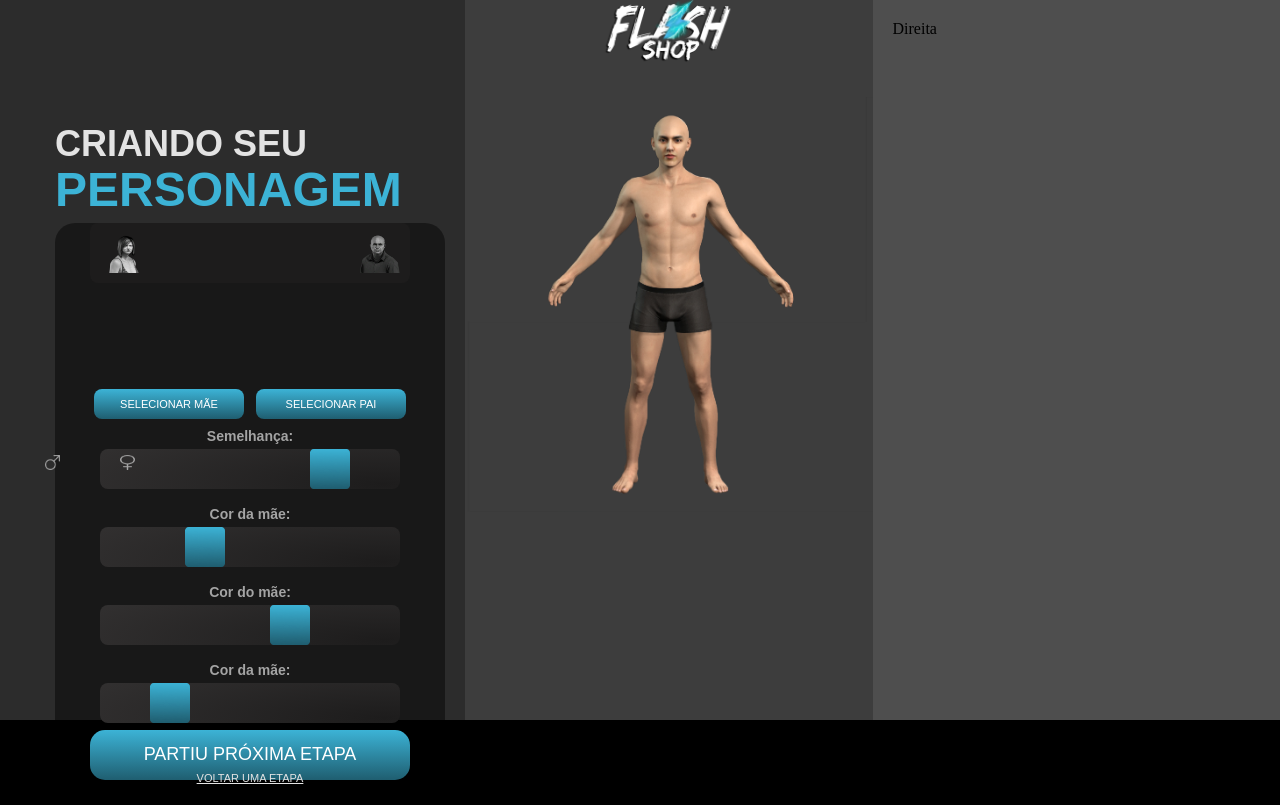
Repository: DuMCorrea/CriandoPerso
Page: index.html
These files come from the project's save history. The page is drawn as it stood at one moment and after the next save; the edit follows.
The browser window is 1280 px wide. The pictures show the whole page.

Above is the page before, as saved 2024-08-29 13:50:16.

### index.html
<!DOCTYPE html>
<html lang="en">
<head>
    <meta charset="UTF-8">
    <meta name="viewport" content="width=device-width, initial-scale=1.0">
    <title>Dividindo a Tela com Imagens</title>
    <link rel="stylesheet" href="styles.css">
</head>
<body>
    <div class="container">
        <div class="left">
            <h1 class="title">
                <span class="part1">CRIANDO SEU</span>
                <span class="part2">PERSONAGEM</span>
            </h1>
            <div class="vertical-rectangle">
                <div class="image-rectangle">
                    <img src="assets/mulher.png" alt="Imagem 1" class="rectangle-image">
                    <img src="assets/homem.png" alt="Imagem 2" class="rectangle-image">
                </div>
                <div class="button-group">
                    <button class="top-button">SELECIONAR MÃE</button>
                    <button class="top-button">SELECIONAR PAI</button>
                </div>
                <div class="rectangles-group">
                    <div class="image-container">
                        <img src="assets/Fem.png" alt="Imagem 1" class="small-image left-image">
                        <img src="assets/Masc.png" alt="Imagem 2" class="small-image right-image">
                    </div>
                    <div class="rectangle-title">Semelhança:</div>
                    <div class="gradient-rectangle">
                        <img src="assets/quadradoAzul.png" alt="Imagem 1" class="small-image1">
                    </div>

                    <div class="rectangle-title">Cor da mãe:</div>
                    <div class="gradient-rectangle">
                        <img src="assets/quadradoAzul.png" alt="Imagem 2" class="small-image2">
                    </div>

                    <div class="rectangle-title">Cor do mãe:</div>
                    <div class="gradient-rectangle">
                        <img src="assets/quadradoAzul.png" alt="Imagem 3" class="small-image3">
                    </div>

                    <div class="rectangle-title">Cor da mãe:</div>
                    <div class="gradient-rectangle">
                        <img src="assets/quadradoAzul.png" alt="Imagem 4" class="small-image4">
                    </div>
                </div>
                <button class="rectangle-button">PARTIU PRÓXIMA ETAPA</button>
                <button class="back-button">VOLTAR UMA ETAPA</button>
            </div>
        </div>
        <div class="center">
            <img src="assets/FlashStore 1 (1).png" alt="Imagem 1" class="top-image">
            <img src="assets/boneco 2.png" alt="Imagem 2" class="center-image">
        </div>
        <div class="right">Direita</div>
    </div>
</body>

</html>

### styles.css
body, html {
    margin: 0;
    padding: 0;
    height: 100%;
    display: flex;
    justify-content: center;
    align-items: center;
    background-color: #000; /* Fundo escuro */
}

.container {
    display: flex;
    width: 100%;
    height: 100%;
}

.container > div {
    flex: 1; /* Cada div ocupa 1/3 do espaço disponível */
    height: 100%;
    padding: 20px;
    box-sizing: border-box;
}



/* PARTE ESQUERDA */



.left {
    background-color: #2c2c2c;
    display: flex;
    flex-direction: column;
    justify-content: flex-start;
    align-items: flex-start;

}

.title {
    margin: 100px 0 0 0; /* Adiciona margem superior para mover o título para baixo */
    padding: 0;
}

.part1 {
    font-family: 'Baloo Bhai', sans-serif;
    font-size: 36px;
    font-weight: 700; /* Aumenta o peso da fonte para deixá-la mais grossa */
    line-height: 48px;
    text-align: left;
    color: #E3E3E3;
    display: block;
    margin-bottom: -10px; /* Reduz a distância entre as duas partes do título */
    margin-left: 35px;
}

.part2 {
    font-family: 'Baloo Bhai', sans-serif;
    font-size: 48px;
    font-weight: 700; /* Aumenta o peso da fonte para deixá-la mais grossa */
    line-height: 64px;
    text-align: left;
    color: #3CB3D6;
    display: block;
    margin-left: 35px;
}

.vertical-rectangle {
    width: 390px; /* Largura do retângulo */
    height: 630px; /* Altura do retângulo */
    background: #00000075; /* Cor de fundo com opacidade */
    border-radius: 20px; /* Bordas arredondadas */
    margin-left: 35px; /* Alinhamento com o título */
    margin-top: 1px; /* Espaço entre o título e o retângulo */
    display: flex;
    flex-direction: column;
    justify-content: space-between; /* Distribui o espaço */
    align-items: center; /* Centraliza os conteúdos */
}


.rectangle-button {
    width: 320px; /* Largura do botão */
    height: 50px; /* Altura do botão */
    background: linear-gradient(180deg, #3CB3D6 0%, #1F5E70 100%); /* Gradiente de cor */
    border-radius: 15px; /* Bordas arredondadas */
    border: none; /* Remove borda padrão do botão */
    color: white; /* Cor do texto */
    font-family: 'Baloo Bhai', sans-serif;
    font-size: 18px; /* Tamanho do texto */
    display: flex;
    justify-content: center; /* Centraliza horizontalmente */
    align-items: center; /* Centraliza verticalmente */
    margin-bottom: -15px; /* Ajusta o espaçamento superior */
    cursor: pointer;
}

.back-button {
    background: none; /* Remove o fundo */
    border: none; /* Remove a borda */
    color: #E3E3E3; /* Cor do texto */
    font-family: 'Baloo Bhai', sans-serif;
    font-size: 11px; /* Tamanho do texto */
    margin-bottom: 20px; /* Espaçamento superior ajustado */
    text-decoration: underline; /* Adiciona sublinhado */
    cursor: pointer; /* Muda o cursor ao passar por cima */
}


.button-group {
    display: flex;
    justify-content: space-between; /* Espaça os botões igualmente */
    width: 0%; /* Largura igual à do retângulo */
    padding: 10px 20px; /* Adiciona espaçamento ao redor dos botões */
}

.top-button {
    width: 50px; /* Largura dos botões */
    height: 40px; /* Altura dos botões */
    background: linear-gradient(180deg, #3CB3D6 0%, #1F5E70 100%); /* Gradiente de cor */
    border-radius: 15px; /* Bordas arredondadas */
    border: none; /* Remove borda padrão do botão */
    color: white; /* Cor do texto */
    font-family: 'Baloo Bhai', sans-serif;
    font-size: 16px; /* Tamanho do texto */
    display: flex;
    justify-content: center; /* Centraliza horizontalmente */
    align-items: center; /* Centraliza verticalmente */
    cursor: pointer;
}




.gradient-rectangle {
    width: 300px; /* Largura igual ao botão */
    height: 40px; /* Altura padrão para cada retângulo, ajuste conforme necessário */
    background: radial-gradient(547.21% 823.76% at 94.51% 88.04%, #1D1C1C 0%, #837E7E 100%);
    border-radius: 8px; /* Bordas arredondadas, igual ao botão */
    margin-bottom: 1px; /* Diminui a distância entre os retângulos */
    margin-top: 38px;
    margin-left: 0px;
}

.rectangle-title {
    width: 300px; /* Largura igual ao botão e retângulos */
    height: 30px; /* Altura do título */
    border-radius: 8px; /* Bordas arredondadas */
    display: flex;
    align-items: center; /* Centraliza verticalmente o texto */
    justify-content: center; /* Centraliza horizontalmente o texto */
    color: #A4A4A4; /* Cor do texto */
    font-weight: 700;
    font-family: 'Baloo Bhai', sans-serif;
    font-size: 14px; /* Tamanho do texto */
    margin-bottom: -40px; /* Espaçamento entre o título e o retângulo */
    margin-top: 10px;

}

.image-container {
    width: 50%;
    display: flex;
    justify-content: space-between; /* Coloca uma imagem em cada lado */
    position: absolute; /* As imagens ficam fora do fluxo normal */
    top: 10px; /* Ajusta a posição acima do retângulo */
    padding: 0 10px; /* Espaçamento lateral entre as bordas */
}

.small-image {
    width: 15px; /* Define o tamanho da imagem */
    height: 15px;
}

.left-image {
    position: relative;
    left: 10px;
    top: 445px;
}

.right-image {
    position: relative;
    right: 690px;
    top: 445px
}

.small-image1 {
    width: 40px;
    height: 40px;
    left: 210px;
    position: relative;
}
.small-image2 {
    width: 40px;
    height: 40px;
    left: 85px;
    position: relative;
}
.small-image3 {
    width: 40px;
    height: 40px;
    left: 170px;
    position: relative;
}
.small-image4 {
    width: 40px;
    height: 40px;
    left: 50px;
    position: relative;
}

.button-group {
    display: flex;
    justify-content: space-between; /* Espaça os botões igualmente */
    width: 80%; /* Largura do grupo de botões */
    height: 1%;
    top: 70px;
    position: relative;
}

.top-button {
    width: 150px; /* Largura dos botões */
    height: 30px; /* Altura dos botões */
    background: linear-gradient(180deg, #3CB3D6 0%, #1F5E70 100%); /* Gradiente de cor */
    border-radius: 8px; /* Bordas arredondadas */
    border: none; /* Remove borda padrão do botão */
    color: white; /* Cor do texto */
    font-family: 'Baloo Bhai', sans-serif;
    font-size: 11px; /* Tamanho do texto */
    cursor: pointer;
}

.rectangles-group {
    margin-top: 70px; /* Ajusta o espaçamento superior */
}

.image-rectangle {
    width: 300px; /* Largura do retângulo */
    height: 60px; /* Altura do retângulo */
    background: #1D1C1C; /* Cor de fundo do retângulo */
    border-radius: 8px; /* Bordas arredondadas */
    display: flex;
    justify-content: space-between; /* Espaça as imagens igualmente */
    align-items: center; /* Centraliza verticalmente */
    margin-bottom: 20px; /* Espaço entre o retângulo e os botões */
    padding: 0 10px; /* Espaçamento lateral interno */
}

.rectangle-image {
    width: 40px; /* Largura das imagens */
    height: 40px; /* Altura das imagens */
}

/* PARTE CENTRAL */



.center {
    background-color: #3d3d3d; /* Cor de fundo para a div central */
    display: flex;
    flex-direction: column;
    align-items: center;
    justify-content: space-between; /* Distribui o espaço entre as imagens */
}


.top-image {
    max-width: 40%;
    height: auto;
    margin-top: -60px;
}

.center-image {
    max-width: 200%;
    height: auto;
    margin-top: auto; /* Centraliza verticalmente */
    margin-bottom: 200px;
}


/* PARTE DIREITA */



.right {
    background-color: #4e4e4e; /* Cor de fundo para a div direita */
}

After the next save:
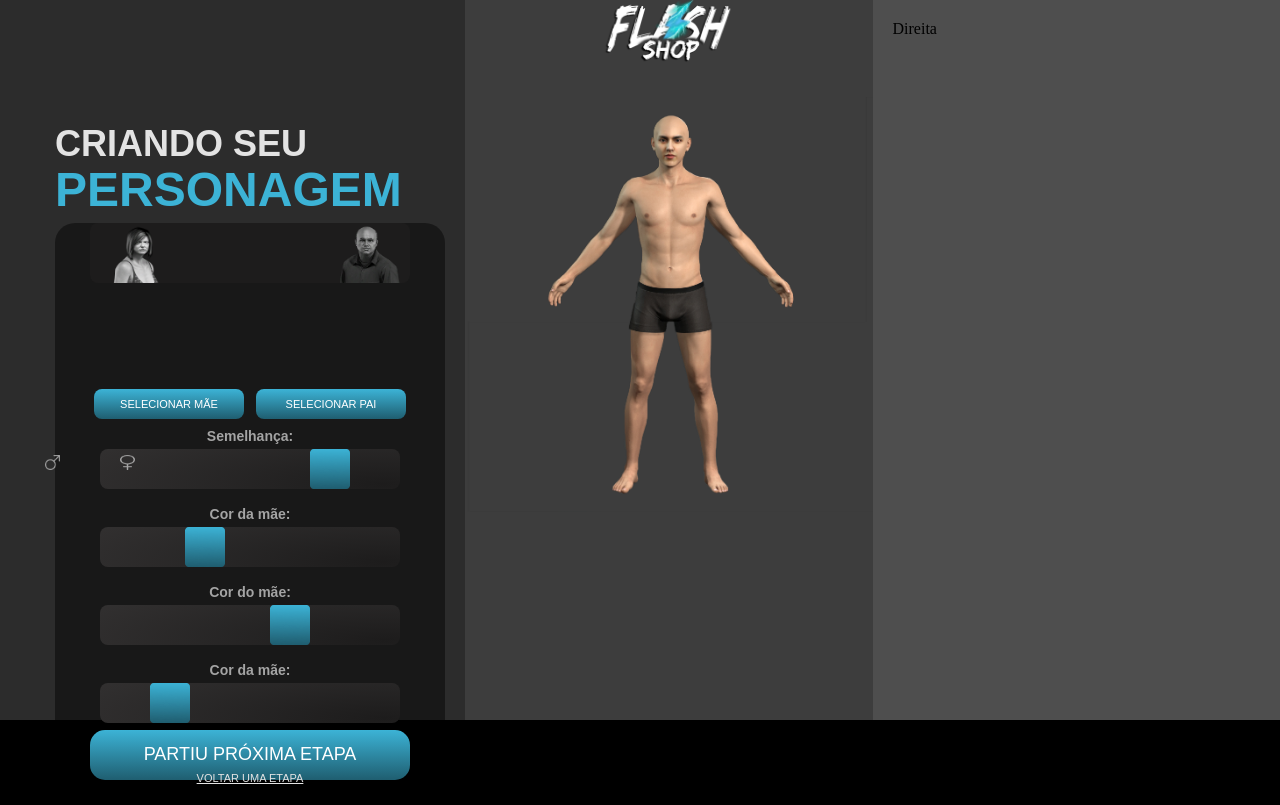
Saved 96 min 58 s later.
--- a/styles.css
+++ b/styles.css
@@ -246,8 +246,8 @@
 }
 
 .rectangle-image {
-    width: 40px; /* Largura das imagens */
-    height: 40px; /* Altura das imagens */
+    width: 60px; /* Largura das imagens */
+    height: 60px; /* Altura das imagens */
 }
 
 /* PARTE CENTRAL */
